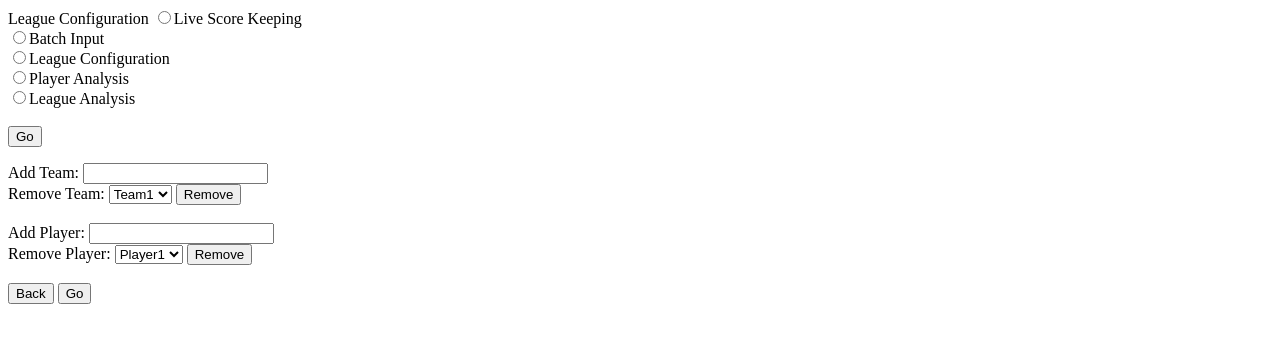
Repository: FredGlozman/SwiftScore
Page: SwiftScore/LeagueConfiguration.html
An editor plug-in stored every save of this project. The page is shown before and after a run of saves, followed by the edit.
The browser window is 1280 px wide. The pictures show the whole page.

Above is the page before, as saved 2015-12-01 23:45:06.

After the next 2 saves:
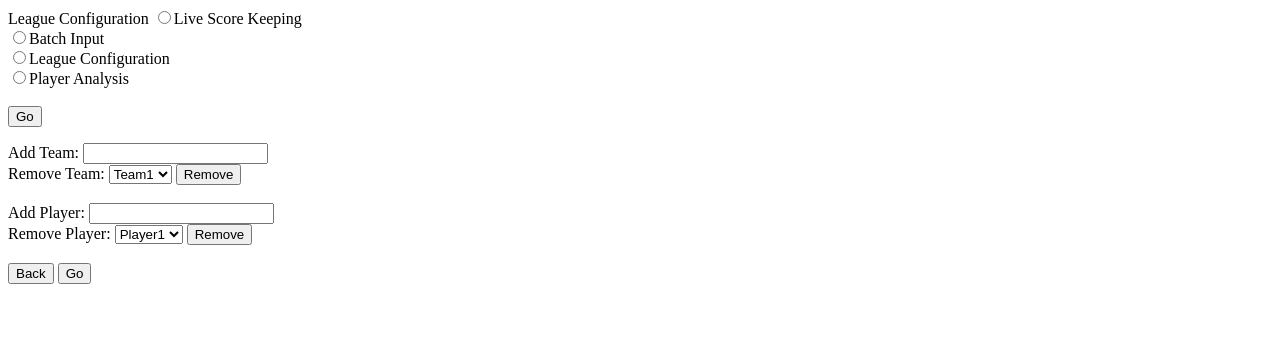
The 2 saves are shown as one change because they came seconds apart.
The last was saved 6 s later.
--- a/SwiftScore/LeagueConfiguration.html
+++ b/SwiftScore/LeagueConfiguration.html
@@ -12,8 +12,6 @@ League Configuration
   <input type="radio" name = "RemoveTeam" value="3">League Configuration
   <br>
   <input type="radio" name = "RemovePlayer" value="4">Player Analysis
-  <br>
-  <input type="radio" name = "UseCase" value="5">League Analysis
   <br><br>
   <input type= "submit" value= "Go">
 </form>
